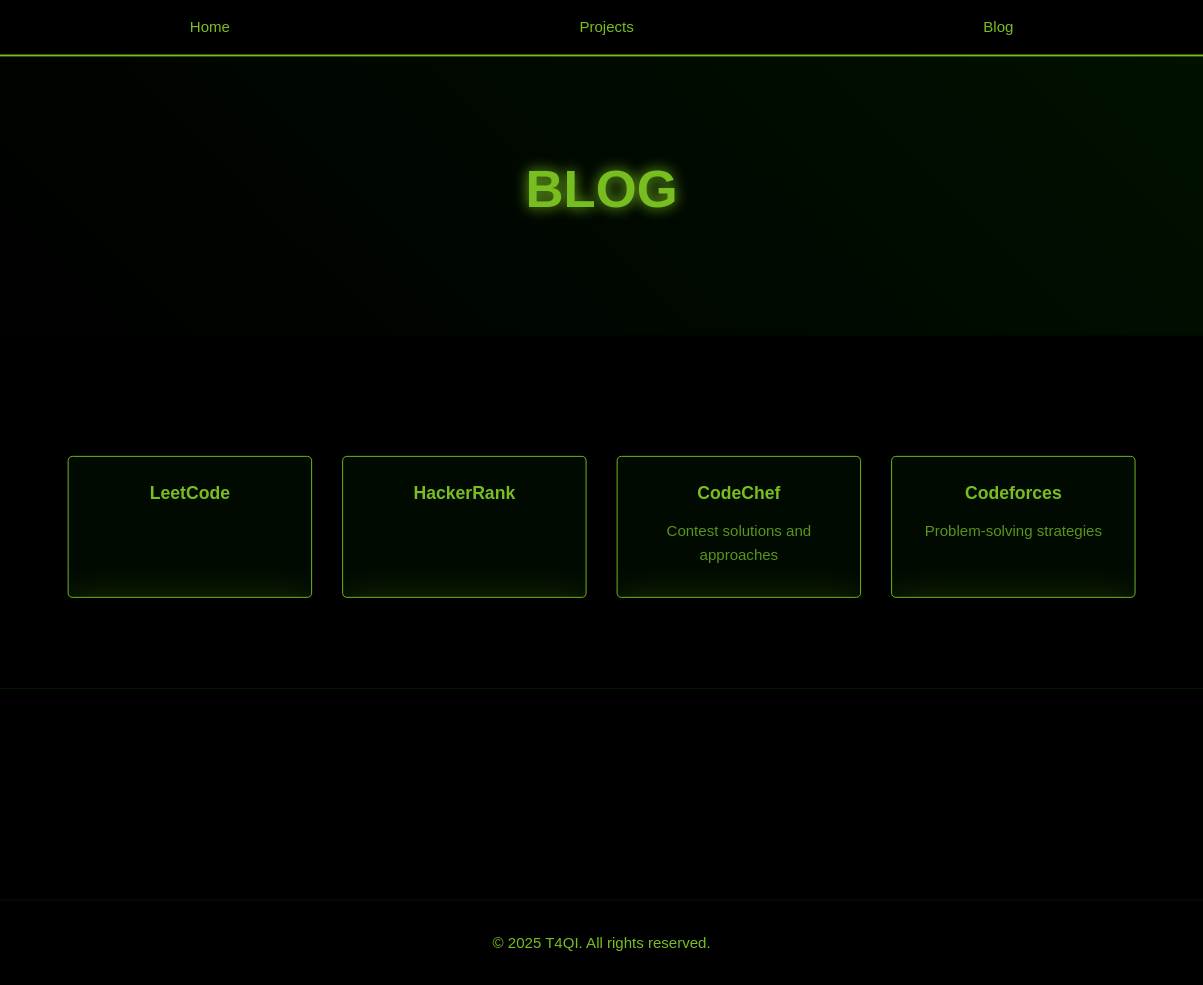
Repository: mohamedsoliman-tq/Website
Page: Blogs.html
The author's editor kept a copy of each file at every save. The page is drawn from the files as they stood at one save, then again after a run of saves.
The browser window is 1280 px wide. The pictures show the whole page, at 94% of full size.

Above is the page before, as saved 2025-03-12 23:36:59.

After the next 9 saves:
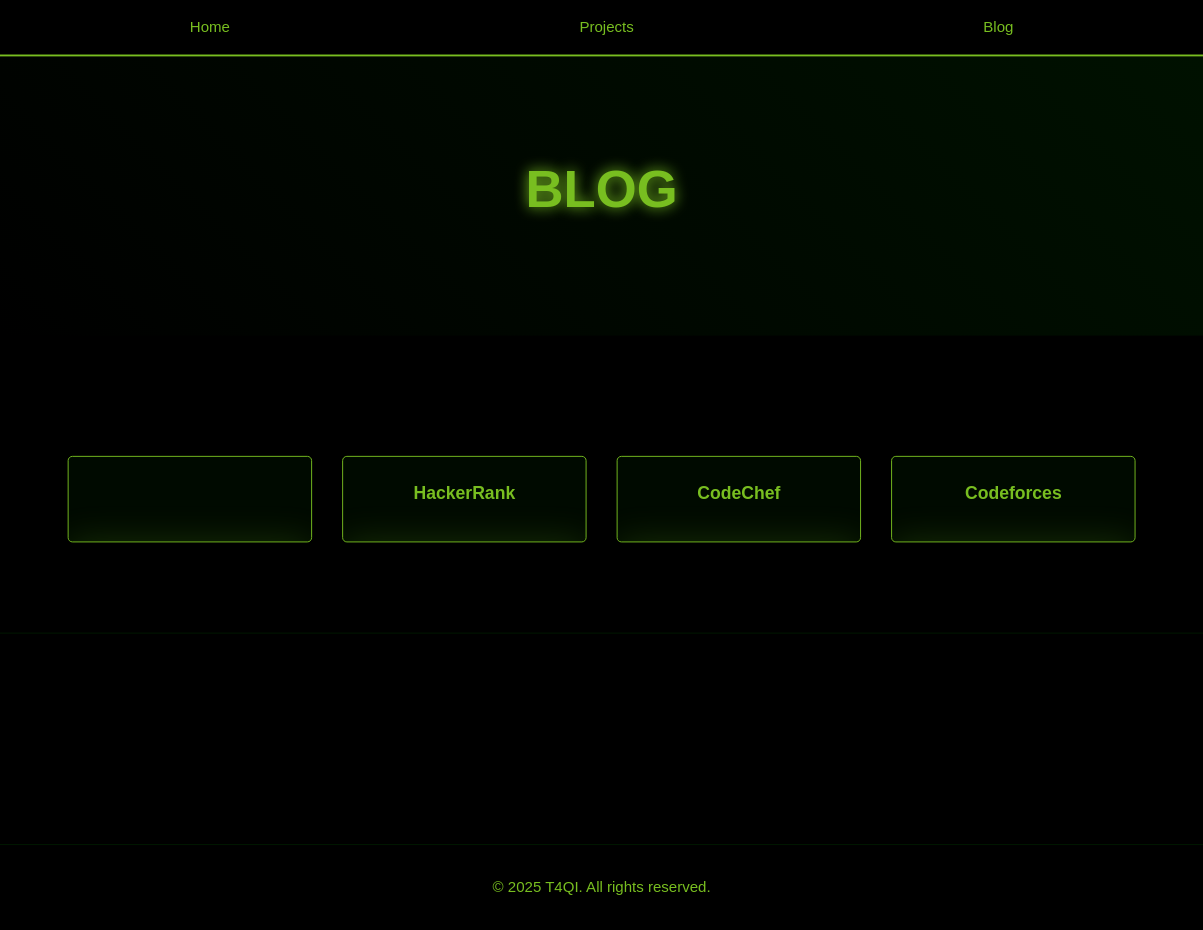
The 9 saves are shown as one change because they came seconds apart.
The last was saved 19 s later.
--- a/Blogs.html
+++ b/Blogs.html
@@ -33,7 +33,7 @@
         <div class="container">
             <div class="platform-grid">
                 <div class="platform-card" onclick="location.href='/blogs/leetcode.html';">
-                    <h3>LeetCode</h3>
+                    <h3></h3>
                     <div class="platform-glow"></div>
                 </div>
 
@@ -44,13 +44,11 @@
 
                 <div class="platform-card" onclick="location.href='/blogs/codechef.html';">
                     <h3>CodeChef</h3>
-                    <p>Contest solutions and approaches</p>
                     <div class="platform-glow"></div>
                 </div>
 
                 <div class="platform-card" onclick="location.href='/blogs/codeforces.html';">
                     <h3>Codeforces</h3>
-                    <p>Problem-solving strategies</p>
                     <div class="platform-glow"></div>
                 </div>
             </div>
